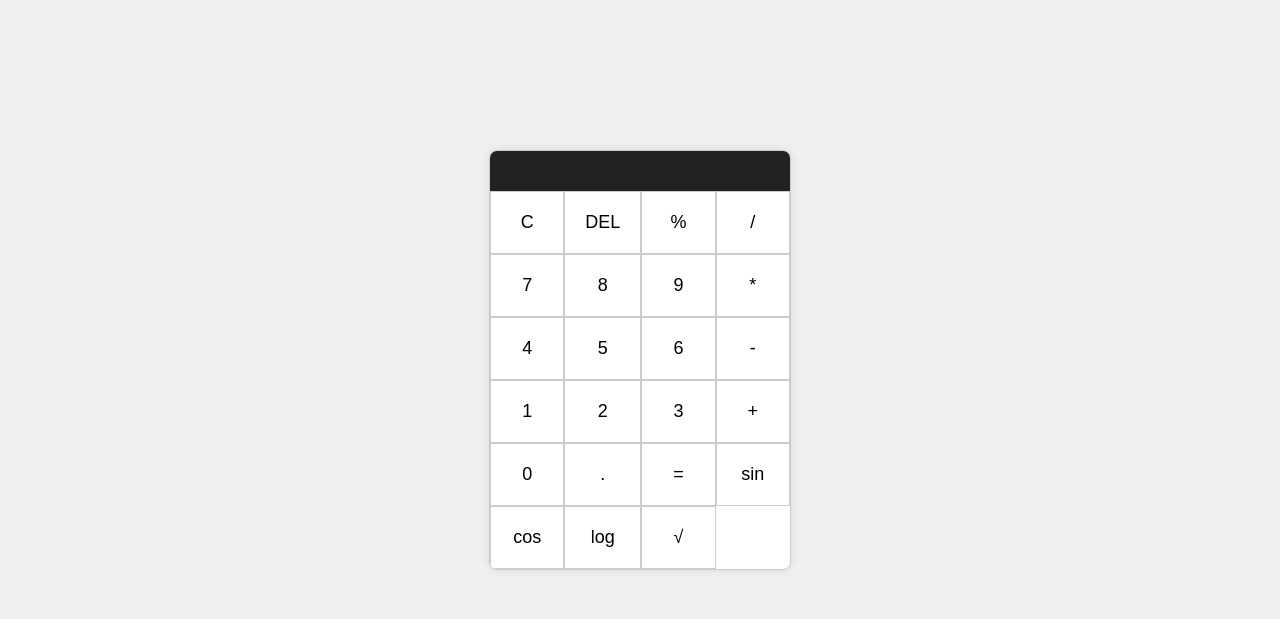
Repository: JuliusMonday/myCalculator
Page: index.html
An editor plug-in stored every save of this project. The page is shown before and after the next save, followed by the edit.
The browser window is 1280 px wide. The pictures show the whole page.

Above is the page before, as saved 2024-05-31 08:35:08.

After the next save:
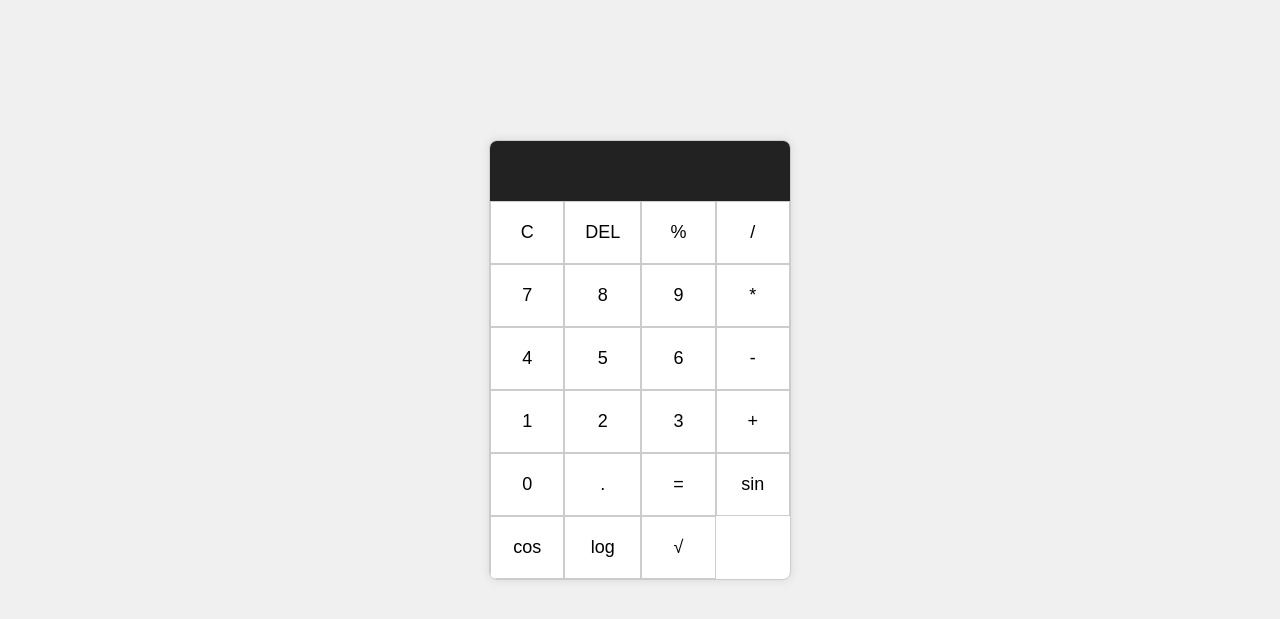
Saved 108 s later.
--- a/styles.css
+++ b/styles.css
@@ -20,9 +20,13 @@ body {
 .display {
     background-color: #222;
     color: #fff;
-    padding: 20px;
+    padding: 0;
     font-size: 24px;
-    position: relative; /* Added for relative positioning */
+    position: relative;
+    height: 60px; /* Adjust height as needed */
+    display: flex;
+    align-items: flex-end; /* Align items to the bottom */
+    padding-right: 10px; /* Adjust padding as needed */
 }
 
 .display input {
@@ -32,11 +36,10 @@ body {
     color: #fff;
     text-align: right;
     font-size: 24px;
-    padding-right: 10px; /* Adjust padding as needed */
-    padding-bottom: 10px; /* Adjust padding as needed */
+    padding: 0;
     box-sizing: border-box;
-    position: absolute; /* Absolute positioning for alignment */
-    bottom: 0; /* Align text at the bottom */
+    line-height: 60px; /* Match the line height to the display height */
+    height: 60px; /* Match the input height to the display height */
 }
 
 .buttons {
